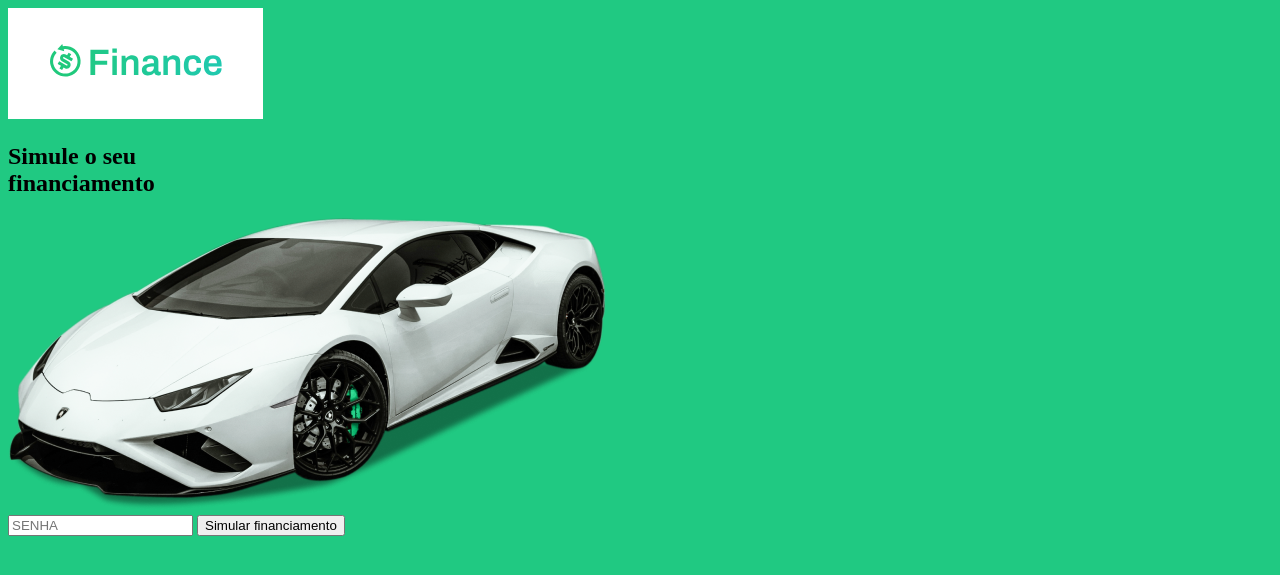
Repository: ramoncbarbosa/Atividade3deWeb2
Page: index.html
The author's editor kept a copy of each file at every save. The page is drawn from the files as they stood at one save, then again after the next save.
The browser window is 1280 px wide. The pictures show the whole page.

Above is the page before, as saved 2023-10-06 20:53:45.

After the next save:
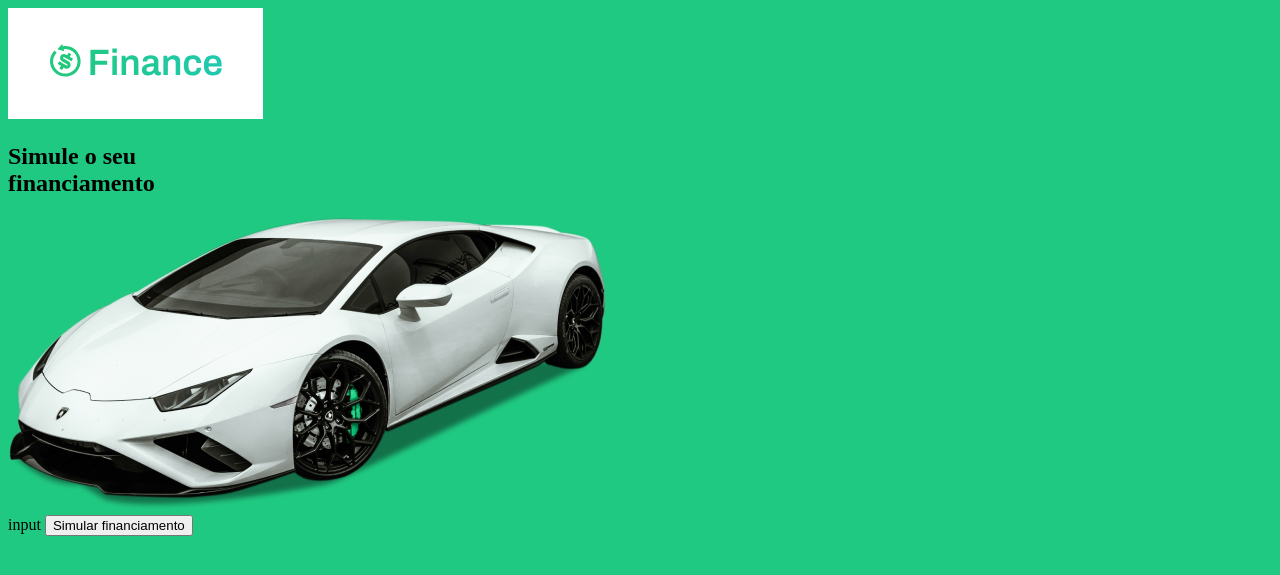
Saved 27 s later.
--- a/index.html
+++ b/index.html
@@ -20,7 +20,7 @@
         </div>
         <div>
             <title class="div-textinho2">Preencha os campos e simule<br> o seu financiamento.</title>
-            <input id="password" class="senha" type="password" name="pwd" placeholder="SENHA">
+            input
             <button class="botao">Simular financiamento</button>
         </div>
     </div>

After the save that followed:
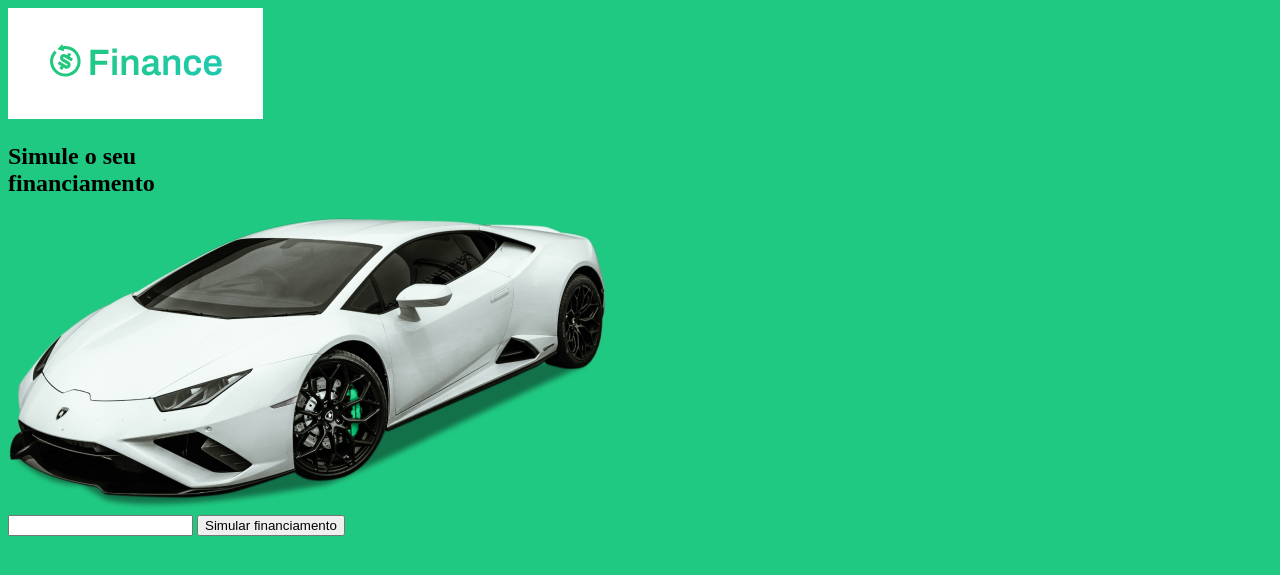
Saved 12 s later.
--- a/index.html
+++ b/index.html
@@ -20,7 +20,7 @@
         </div>
         <div>
             <title class="div-textinho2">Preencha os campos e simule<br> o seu financiamento.</title>
-            input
+            <input type="number" name="" id="">
             <button class="botao">Simular financiamento</button>
         </div>
     </div>
